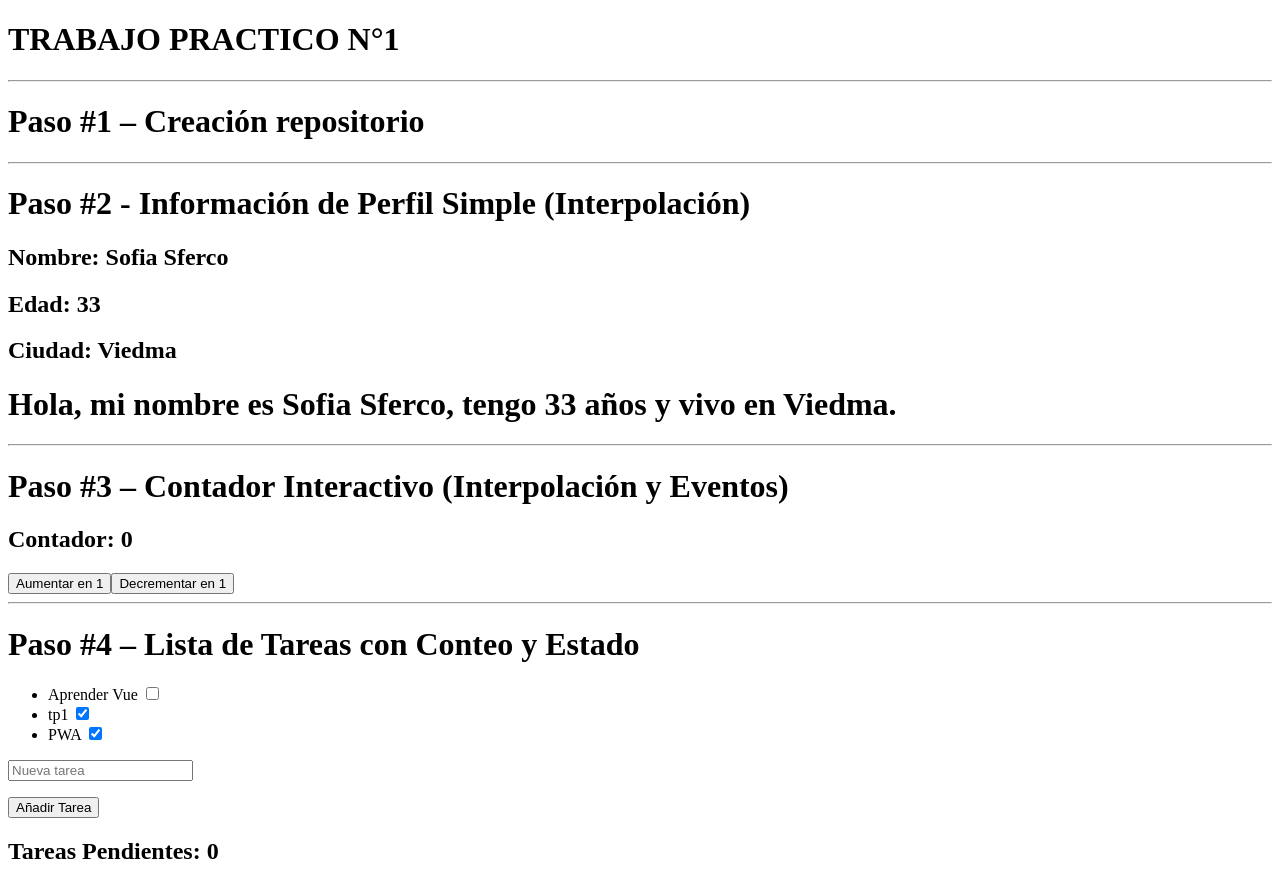
Repository: SofiaSferco/PWA-2026
Page: practico01/index.html
An editor plug-in stored every save of this project. The page is shown before and after the next save, followed by the edit.
The browser window is 1280 px wide. The pictures show the whole page.

Above is the page before, as saved 2026-09-10 02:03:55.

### practico01/index.html
<!DOCTYPE html>
<html lang="en">
<head>
    <meta charset="UTF-8">
    <title>Practico 01</title>
    <script src="https://cdn.jsdelivr.net/npm/vue/dist/vue.js"></script>
</head>
<body>
    <div id="app">
        <p>
            <h1>TRABAJO PRACTICO N°1</h1>
        </p>
        <hr>
        <h1>Paso #1 – Creación repositorio</h1>
        <hr>
        <h1>Paso #2 - Información de Perfil Simple (Interpolación)</h1>
        <h2>Nombre: {{nombre}}</h2>
        <h2>Edad: {{edad}}</h2>
        <h2>Ciudad: {{ciudad}}</h2>
        <h1>Hola, mi nombre es {{nombre}}, tengo {{edad}} años y vivo en {{ciudad}}.</h1>
        <hr>
        <h1>Paso #3 – Contador Interactivo (Interpolación y Eventos)</h1>
        <h2>Contador: {{contador}}</h2>
        <button @click="aumentar">Aumentar en 1</button><button v-on:click="decrementar">Decrementar en 1</button>
        <hr>
        <h1>Paso #4 – Lista de Tareas con Conteo y Estado</h1>
        <ul>
            <li v-for="tarea in tareas" :key="tarea.id">
                {{tarea.texto}} <input type="checkbox" v-model="tarea.completada">
            </li>
        </ul>
        <p>
            <input type="text" v-model="nuevaTarea" placeholder="Nueva tarea">
        </p>
        <button @click="agregarTarea">Añadir Tarea</button>
        <h2>Tareas Pendientes: {{contador}}</h2>
    </div>
    <script>
       var app= new Vue({
           el: '#app',
           data: {
               nombre: 'Sofia Sferco',
               edad: 33,
               ciudad: 'Viedma',
               contador: 0,
               nuevaTarea: '',
               tareas: [
                {
                id:1,
                texto: 'Aprender Vue',
                completada: false,
               },
                {
                id:2,
                texto: 'tp1',
                completada: true,
               },
               {
                id:3,
                texto: 'PWA',
                completada: true,
               },
            ]
           },
            methods: {
               aumentar: function() {
                    this.contador++;
               },
               decrementar: function() {
                    this.contador--;
               },
               agregarTarea: function () {
                this.tareas.push({
                    id:this.tareas.length + 1,
                    texto: this.nuevaTarea,
                    completada:false,
                    }
                )
                this.nuevaTarea = '';
            },
           },
           computed: {
            tareasPendientes: function() {
                        return this.tareas.filter(function(tarea){
                            return tarea.completada==false
                        }
                    )
                    }
                }
            }
       )
    </script>
</body>
</html>

After the next save:
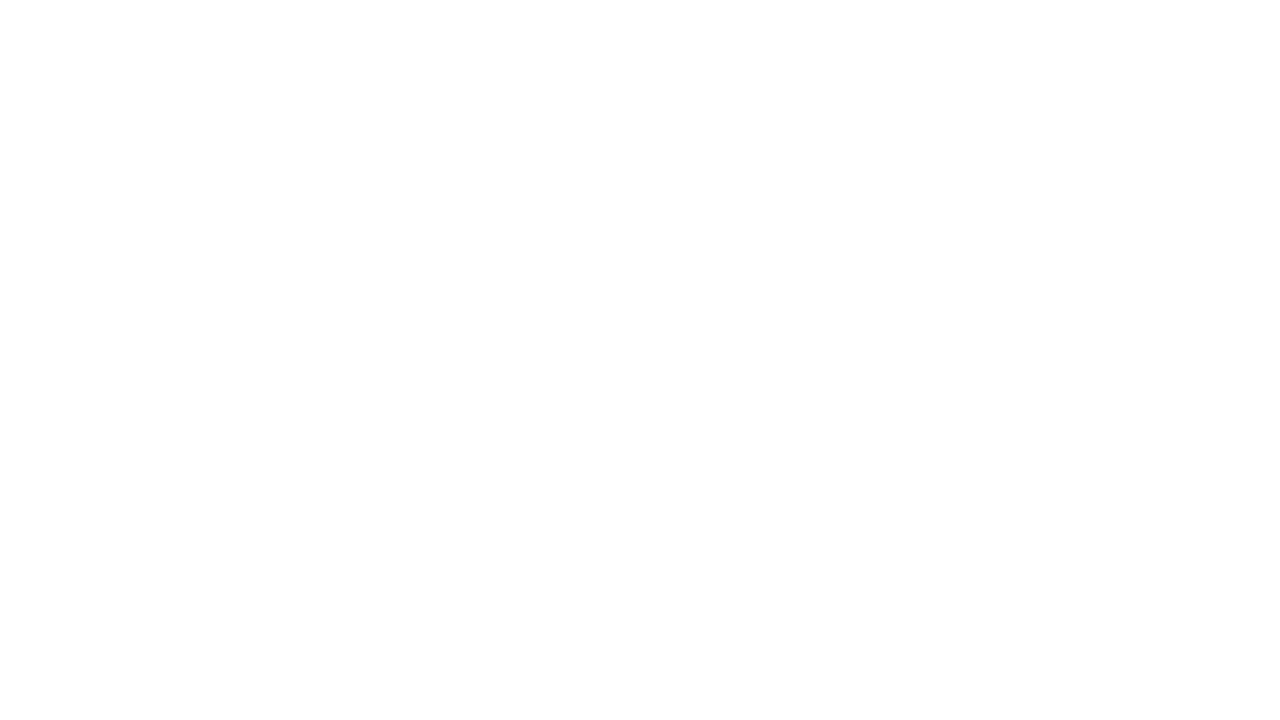
Saved 6 s later.
--- a/practico01/index.html
+++ b/practico01/index.html
@@ -33,7 +33,7 @@
             <input type="text" v-model="nuevaTarea" placeholder="Nueva tarea">
         </p>
         <button @click="agregarTarea">Añadir Tarea</button>
-        <h2>Tareas Pendientes: {{contador}}</h2>
+        <h2>Tareas Pendientes: {{tareas.}}</h2>
     </div>
     <script>
        var app= new Vue({

After the 3 saves that followed:
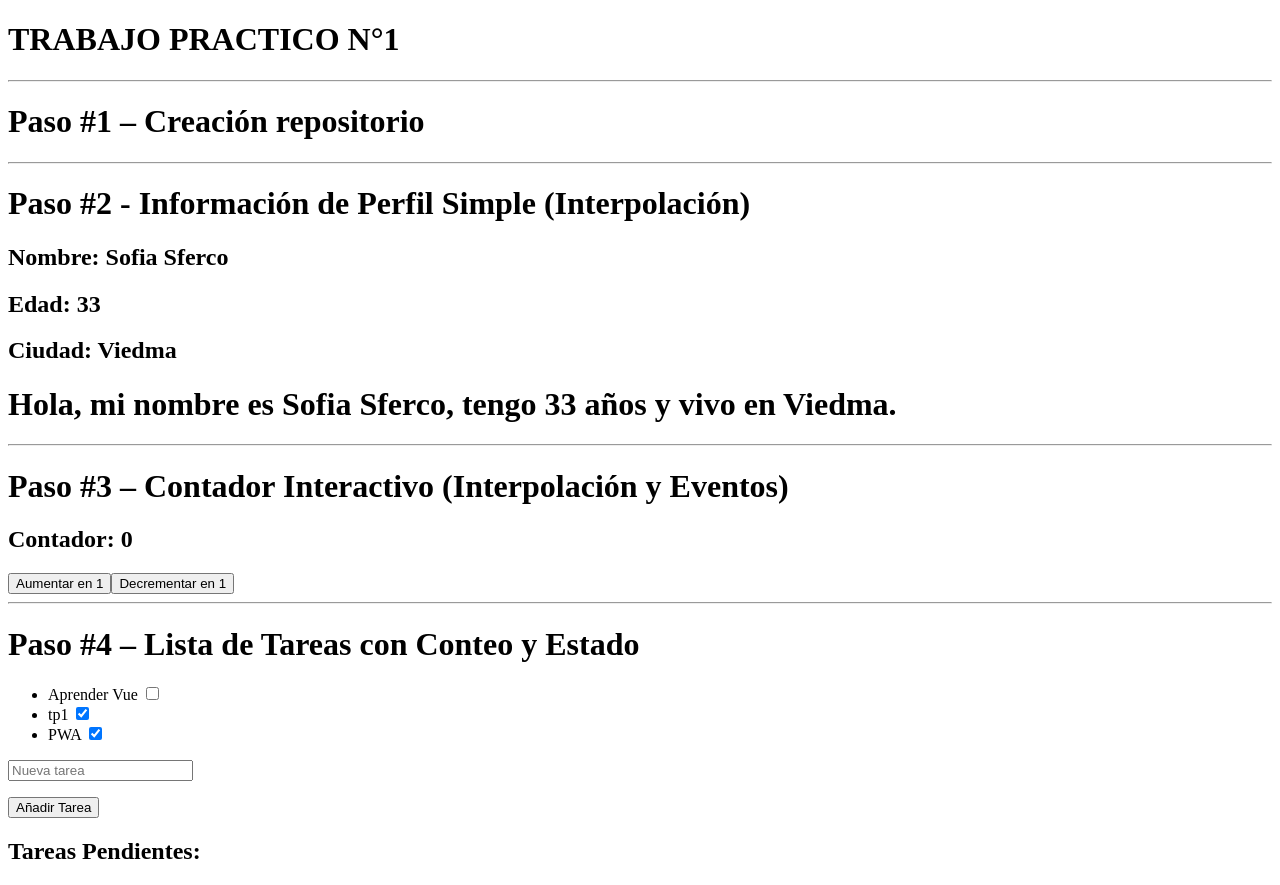
The 3 saves are shown as one change because they came seconds apart.
The last was saved 10 s later.
--- a/practico01/index.html
+++ b/practico01/index.html
@@ -33,7 +33,7 @@
             <input type="text" v-model="nuevaTarea" placeholder="Nueva tarea">
         </p>
         <button @click="agregarTarea">Añadir Tarea</button>
-        <h2>Tareas Pendientes: {{tareas.}}</h2>
+        <h2>Tareas Pendientes: {{tareasPendientes.lenght}}</h2>
     </div>
     <script>
        var app= new Vue({
